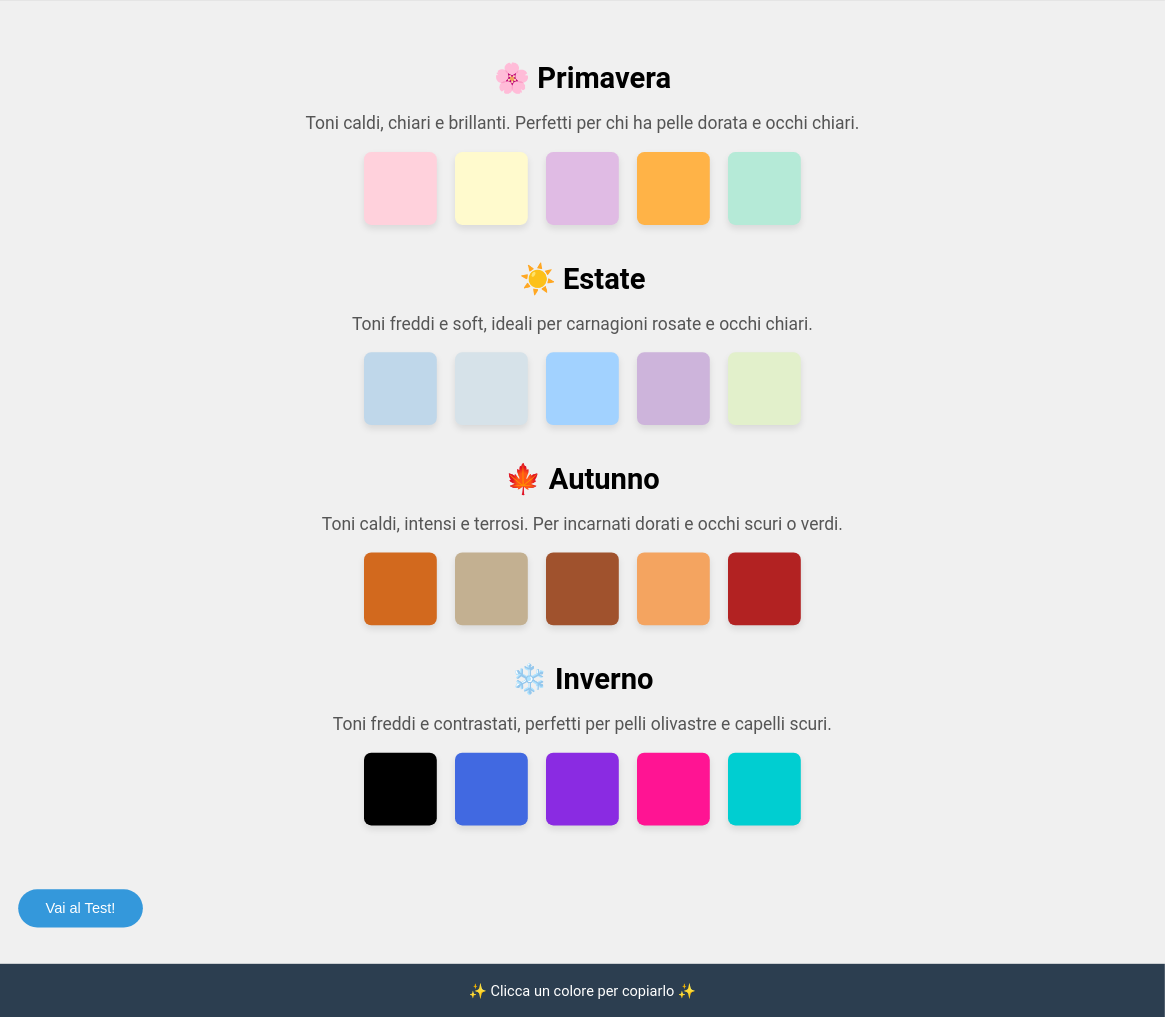
Repository: Probyte5D/Armocromia-website
Page: index.html
These files come from the project's save history. The page is drawn as it stood at one moment and after the next save; the edit follows.
The browser window is 1280 px wide. The pictures show the part of the page from y = 432 to 1550 px (the page is 1550 px tall before and 1357 px after), at 91% of full size.

Above is the page before, as saved 2025-04-17 22:38:52.

After the next save:
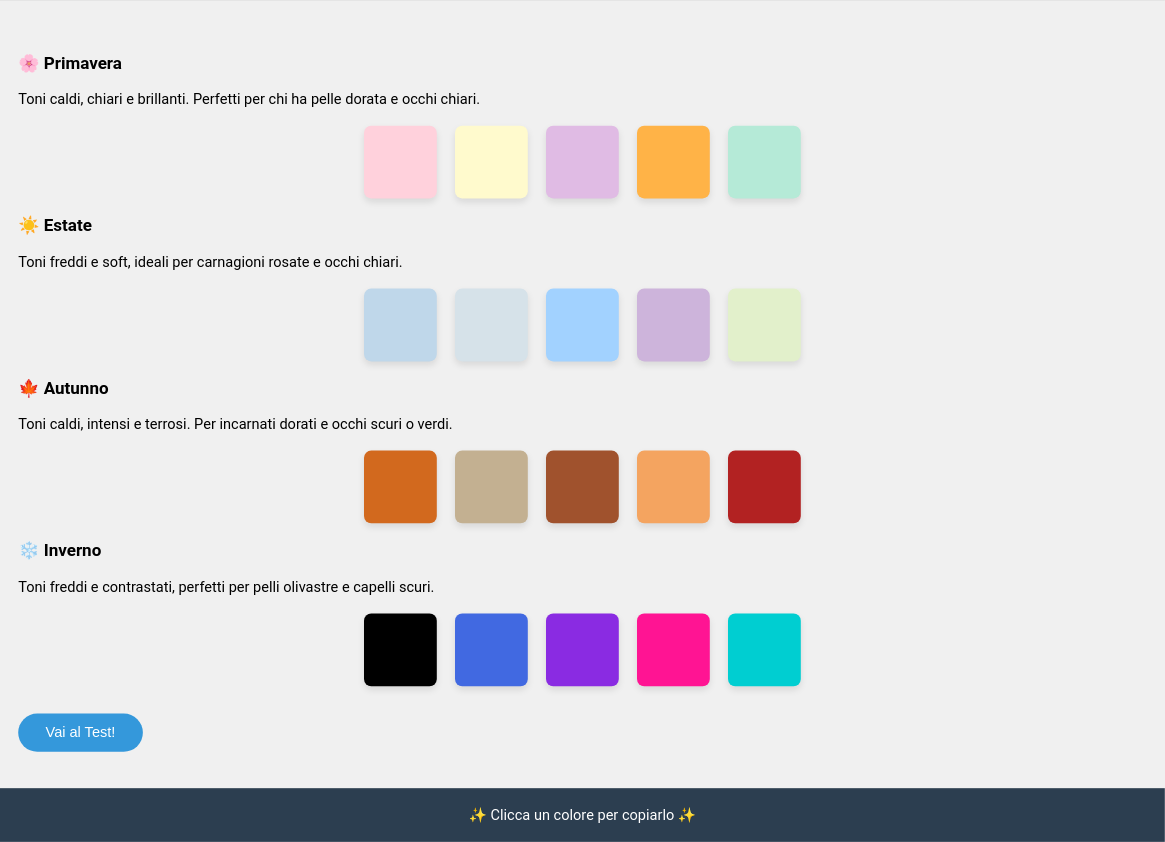
Saved 59 s later.
--- a/index.html
+++ b/index.html
@@ -23,55 +23,58 @@
   </header>
 
   <main>
-    <!-- Sezione Primavera -->
-    <section class="season primavera">
-      <h2>🌸 Primavera</h2>
-      <p>Toni caldi, chiari e brillanti. Perfetti per chi ha pelle dorata e occhi chiari.</p>
-      <div class="palette">
-        <div class="color" style="background-color: #FFD1DC;"></div>
-        <div class="color" style="background-color: #FFFACD;"></div>
-        <div class="color" style="background-color: #E0BBE4;"></div>
-        <div class="color" style="background-color: #FFB347;"></div>
-        <div class="color" style="background-color: #B5EAD7;"></div>
+    <!-- Carosello delle stagioni -->
+    <section class="carousel">
+      <!-- Card Primavera -->
+      <div class="card primavera">
+        <h3>🌸 Primavera</h3>
+        <p>Toni caldi, chiari e brillanti. Perfetti per chi ha pelle dorata e occhi chiari.</p>
+        <div class="palette">
+          <div class="color" style="background-color: #FFD1DC;"></div>
+          <div class="color" style="background-color: #FFFACD;"></div>
+          <div class="color" style="background-color: #E0BBE4;"></div>
+          <div class="color" style="background-color: #FFB347;"></div>
+          <div class="color" style="background-color: #B5EAD7;"></div>
+        </div>
       </div>
-    </section>
 
-    <!-- Sezione Estate -->
-    <section class="season estate">
-      <h2>☀️ Estate</h2>
-      <p>Toni freddi e soft, ideali per carnagioni rosate e occhi chiari.</p>
-      <div class="palette">
-        <div class="color" style="background-color: #BFD7EA;"></div>
-        <div class="color" style="background-color: #D6E2E9;"></div>
-        <div class="color" style="background-color: #A2D2FF;"></div>
-        <div class="color" style="background-color: #CDB4DB;"></div>
-        <div class="color" style="background-color: #E2F0CB;"></div>
+      <!-- Card Estate -->
+      <div class="card estate">
+        <h3>☀️ Estate</h3>
+        <p>Toni freddi e soft, ideali per carnagioni rosate e occhi chiari.</p>
+        <div class="palette">
+          <div class="color" style="background-color: #BFD7EA;"></div>
+          <div class="color" style="background-color: #D6E2E9;"></div>
+          <div class="color" style="background-color: #A2D2FF;"></div>
+          <div class="color" style="background-color: #CDB4DB;"></div>
+          <div class="color" style="background-color: #E2F0CB;"></div>
+        </div>
       </div>
-    </section>
 
-    <!-- Sezione Autunno -->
-    <section class="season autunno">
-      <h2>🍁 Autunno</h2>
-      <p>Toni caldi, intensi e terrosi. Per incarnati dorati e occhi scuri o verdi.</p>
-      <div class="palette">
-        <div class="color" style="background-color: #D2691E;"></div>
-        <div class="color" style="background-color: #C3B091;"></div>
-        <div class="color" style="background-color: #A0522D;"></div>
-        <div class="color" style="background-color: #F4A460;"></div>
-        <div class="color" style="background-color: #B22222;"></div>
+      <!-- Card Autunno -->
+      <div class="card autunno">
+        <h3>🍁 Autunno</h3>
+        <p>Toni caldi, intensi e terrosi. Per incarnati dorati e occhi scuri o verdi.</p>
+        <div class="palette">
+          <div class="color" style="background-color: #D2691E;"></div>
+          <div class="color" style="background-color: #C3B091;"></div>
+          <div class="color" style="background-color: #A0522D;"></div>
+          <div class="color" style="background-color: #F4A460;"></div>
+          <div class="color" style="background-color: #B22222;"></div>
+        </div>
       </div>
-    </section>
 
-    <!-- Sezione Inverno -->
-    <section class="season inverno">
-      <h2>❄️ Inverno</h2>
-      <p>Toni freddi e contrastati, perfetti per pelli olivastre e capelli scuri.</p>
-      <div class="palette">
-        <div class="color" style="background-color: #000000;"></div>
-        <div class="color" style="background-color: #4169E1;"></div>
-        <div class="color" style="background-color: #8A2BE2;"></div>
-        <div class="color" style="background-color: #FF1493;"></div>
-        <div class="color" style="background-color: #00CED1;"></div>
+      <!-- Card Inverno -->
+      <div class="card inverno">
+        <h3>❄️ Inverno</h3>
+        <p>Toni freddi e contrastati, perfetti per pelli olivastre e capelli scuri.</p>
+        <div class="palette">
+          <div class="color" style="background-color: #000000;"></div>
+          <div class="color" style="background-color: #4169E1;"></div>
+          <div class="color" style="background-color: #8A2BE2;"></div>
+          <div class="color" style="background-color: #FF1493;"></div>
+          <div class="color" style="background-color: #00CED1;"></div>
+        </div>
       </div>
     </section>
 
